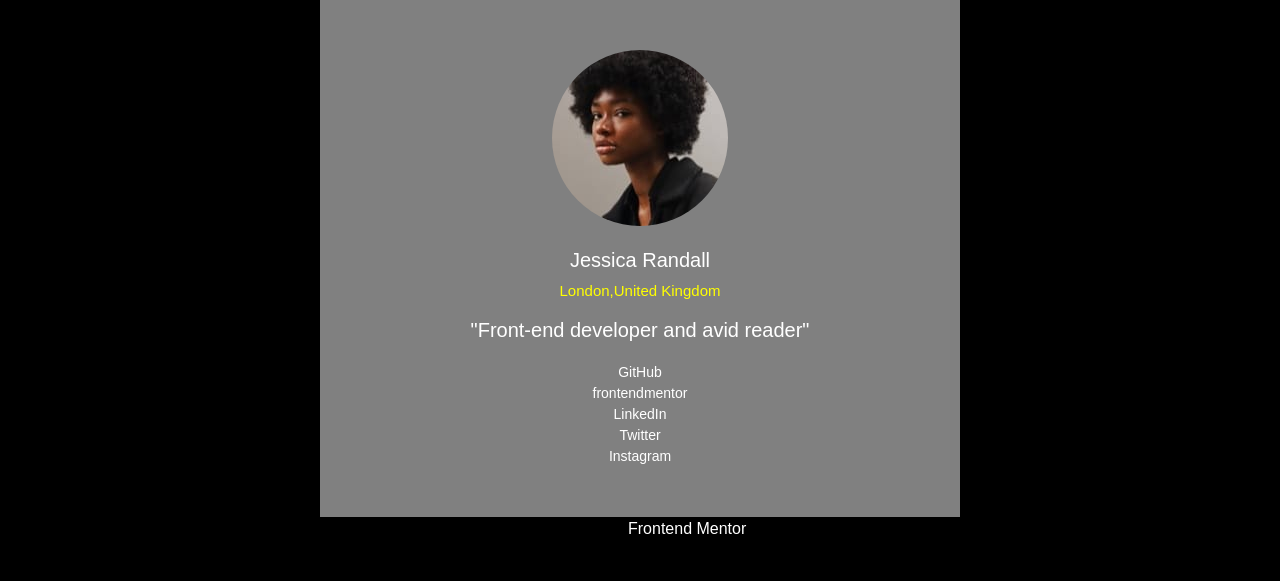
Repository: JosephAbatan05/Social-links-profile
Page: social-links-profile-main/index.html
These files come from the project's save history. The page is drawn as it stood at one moment and after the next save; the edit follows.
The browser window is 1280 px wide. The pictures show the whole page.

Above is the page before, as saved 2025-01-26 16:06:11.

After the next save:
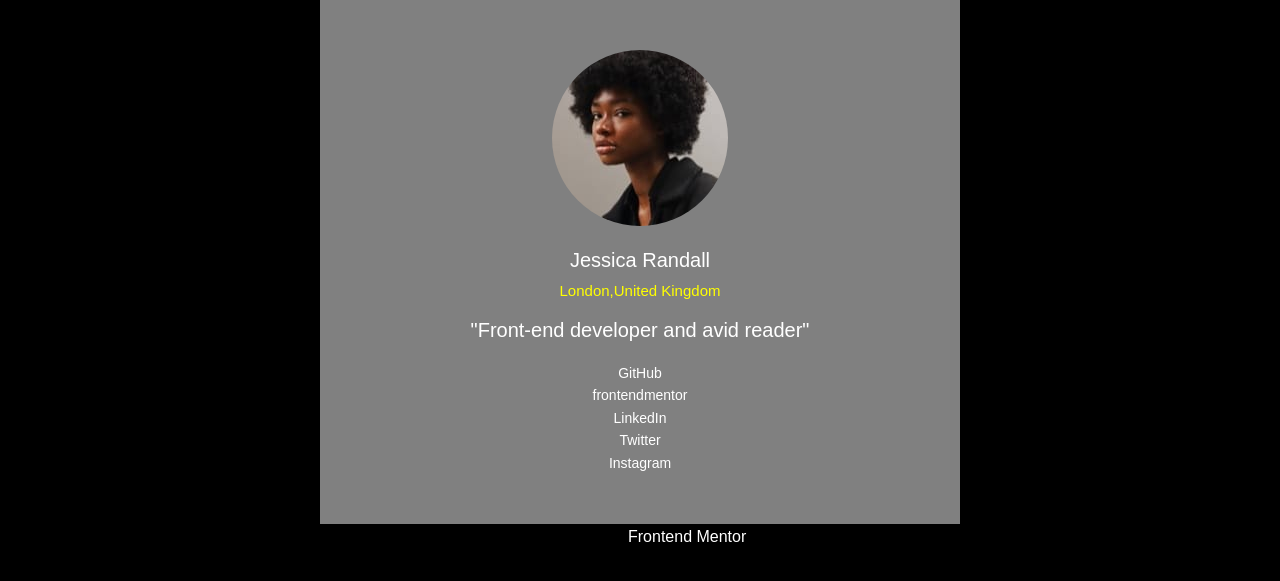
Saved 8 s later.
--- a/social-links-profile-main/styles.css
+++ b/social-links-profile-main/styles.css
@@ -58,7 +58,7 @@ a{
     text-decoration: none;
     padding-top:10px;
     color: white;
-    line-height: 1.5;
+    line-height: 1.6
 }
 
 
